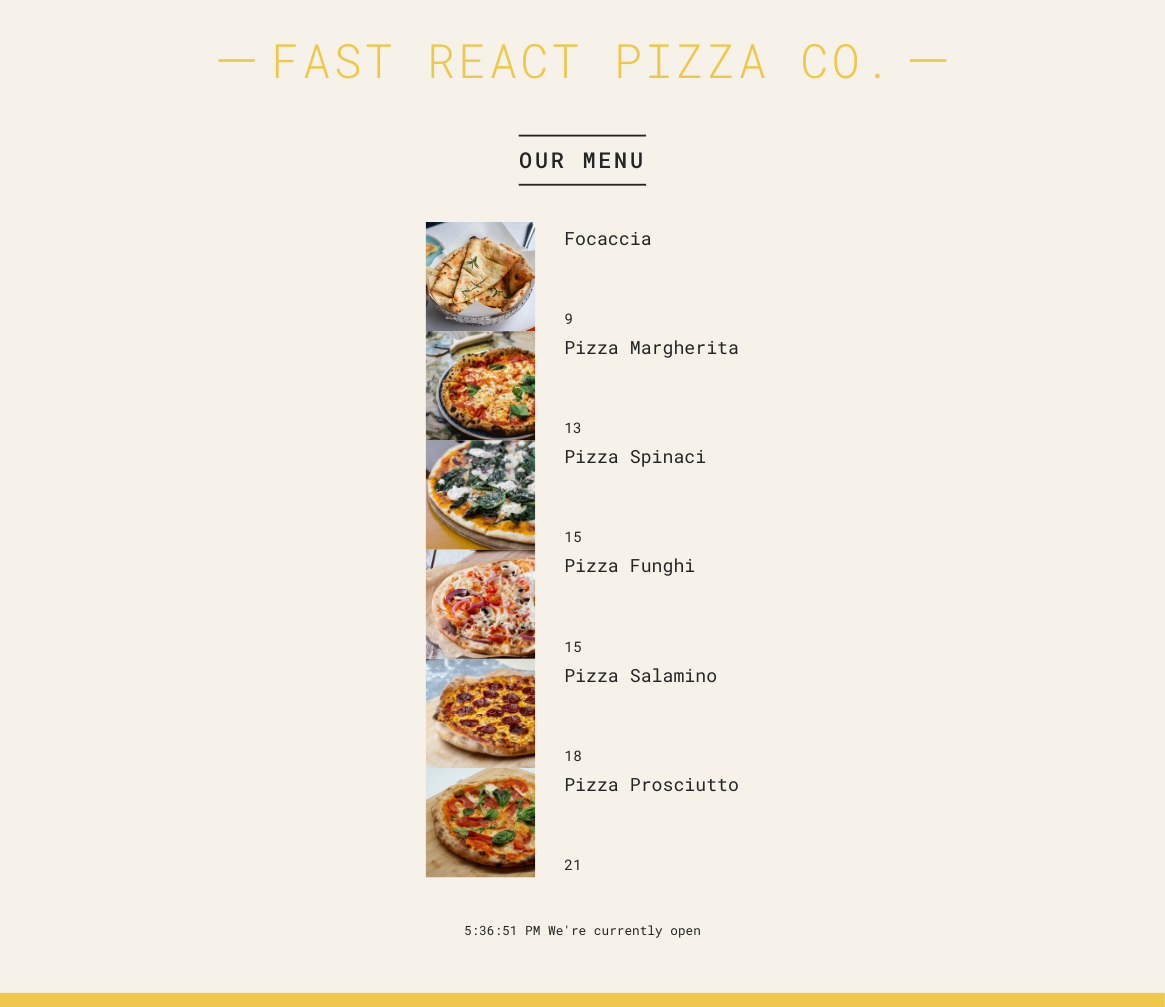
Repository: ahmedharidy/First-React-App
Page: /
An editor plug-in stored every save of this project. The page is shown before and after the next save, followed by the edit.
The browser window is 1280 px wide. The pictures show the whole page, at 91% of full size.
The project was rebuilt for these pictures with package versions that can differ from the ones it lists, and the page was loaded fresh each time.

Above is the page before, as saved 2026-09-23 00:04:31.

### src/index.js
import React from "react";
import ReactDOM from "react-dom/client";
import "./index.css";

const pizzaData = [
  {
    name: "Focaccia",
    ingredients: "Bread with italian olive oil and rosemary",
    price: 6,
    photoName: "pizzas/focaccia.jpg",
    soldOut: false,
  },
  {
    name: "Pizza Margherita",
    ingredients: "Tomato and mozarella",
    price: 10,
    photoName: "pizzas/margherita.jpg",
    soldOut: false,
  },
  {
    name: "Pizza Spinaci",
    ingredients: "Tomato, mozarella, spinach, and ricotta cheese",
    price: 12,
    photoName: "pizzas/spinaci.jpg",
    soldOut: false,
  },
  {
    name: "Pizza Funghi",
    ingredients: "Tomato, mozarella, mushrooms, and onion",
    price: 12,
    photoName: "pizzas/funghi.jpg",
    soldOut: false,
  },
  {
    name: "Pizza Salamino",
    ingredients: "Tomato, mozarella, and pepperoni",
    price: 15,
    photoName: "pizzas/salamino.jpg",
    soldOut: true,
  },
  {
    name: "Pizza Prosciutto",
    ingredients: "Tomato, mozarella, ham, aragula, and burrata cheese",
    price: 18,
    photoName: "pizzas/prosciutto.jpg",
    soldOut: false,
  },
];
function App() {
  return (
    <div className="container">
      <Header />
      <Menu />
      <Footer />
    </div>
  );
}

function Header() {
  //   const style = { color: "red", fontSize: "48px", textTransform: "uppercase" };
  const style = {};
  return (
    <header className="header">
      <h1 style={style}>Fast react pizza co.</h1>
    </header>
  );
}
function Menu() {
  return (
    <main className="menu">
      <h2>Our menu</h2>

      <div>
        {pizzaData.map((pizza) => (
          <Pizza pizzaObj={pizza} />
        ))}
      </div>
      {/* <Pizza
        name="pizza spinaci"
        ingredient="Bread with italian olive oil and rosemary"
        photoName="pizzas/spinaci.jpg"
        price={10}
      />

      <Pizza
        name="pizza funghi"
        ingredient="Bread with tomato and mushrooms"
        photoName="pizzas/funghi.jpg"
        price={50}
      /> */}
    </main>
  );
}

function Pizza(props) {
  console.log(props);
  return (
    <div className="pizza">
      <img src={props.pizzaObj.photoName} alt={props.pizzaObj.name}></img>
      <div>
        <h3>{props.pizzaObj.name}</h3>
        <p>{props.pizzaObj.ingredient}</p>
        <span>{props.pizzaObj.price + 3}</span>
      </div>
    </div>
  );
}

function Footer() {
  const hour = new Date().getHours();
  const openHour = 12;
  const closeHour = 22;
  const isOpen = hour >= openHour && hour <= closeHour;

  //   if (hour >= openHour && hour <= closeHour) alert("were currently open!");
  //   else alert("sorry were closed");

  return (
    <footer className="footer">
      {new Date().toLocaleTimeString()} We're currently open
    </footer>
  );
  //   return React.createElement("footer", null, "we're currently open");
}

const root = ReactDOM.createRoot(document.getElementById("root"));

root.render(<App />);

Loaded but not shown: public/index.html (common file); src/index.css (common file)

After the next save:
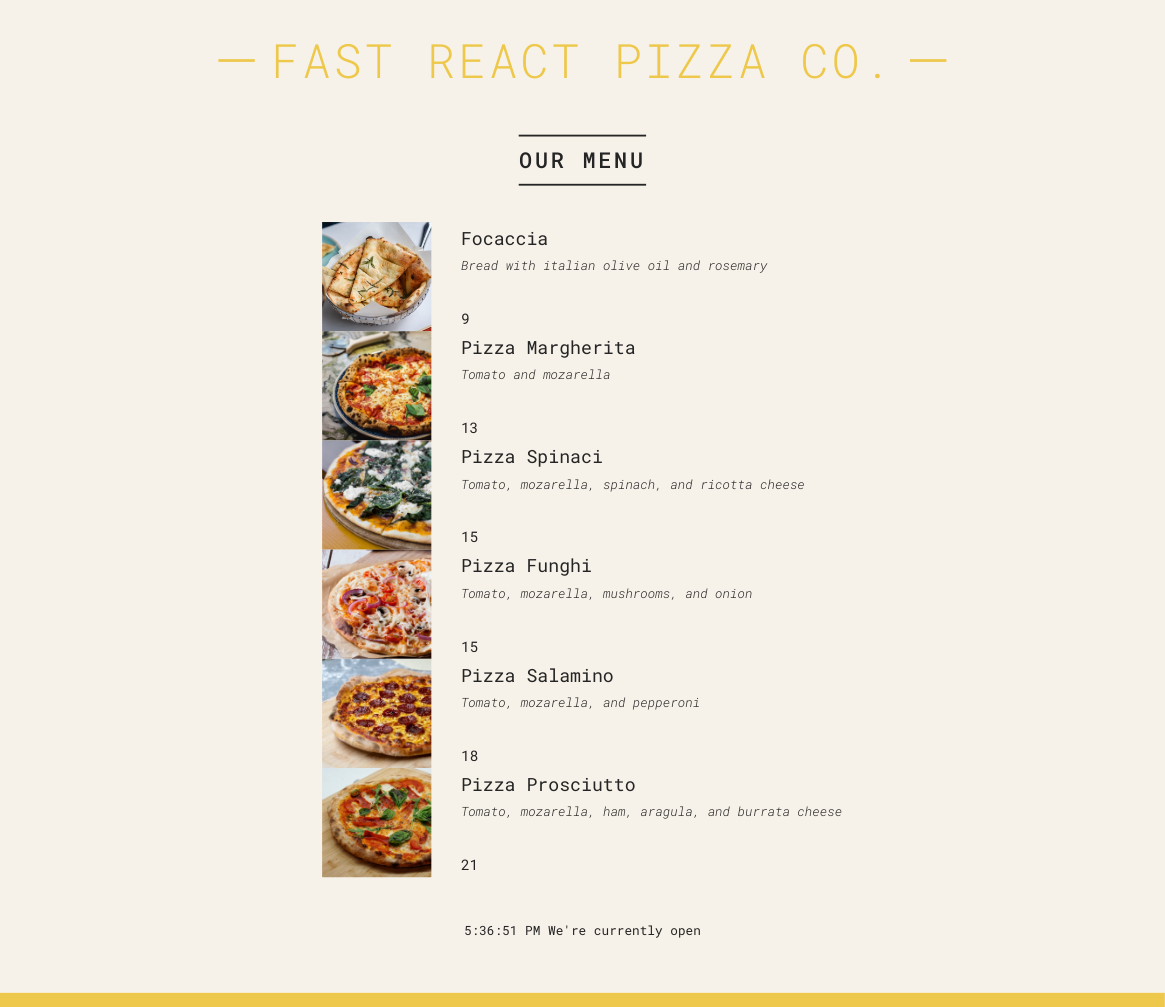
Saved 23 s later.
--- a/src/index.js
+++ b/src/index.js
@@ -99,7 +99,7 @@ function Pizza(props) {
       <img src={props.pizzaObj.photoName} alt={props.pizzaObj.name}></img>
       <div>
         <h3>{props.pizzaObj.name}</h3>
-        <p>{props.pizzaObj.ingredient}</p>
+        <p>{props.pizzaObj.ingredients}</p>
         <span>{props.pizzaObj.price + 3}</span>
       </div>
     </div>
